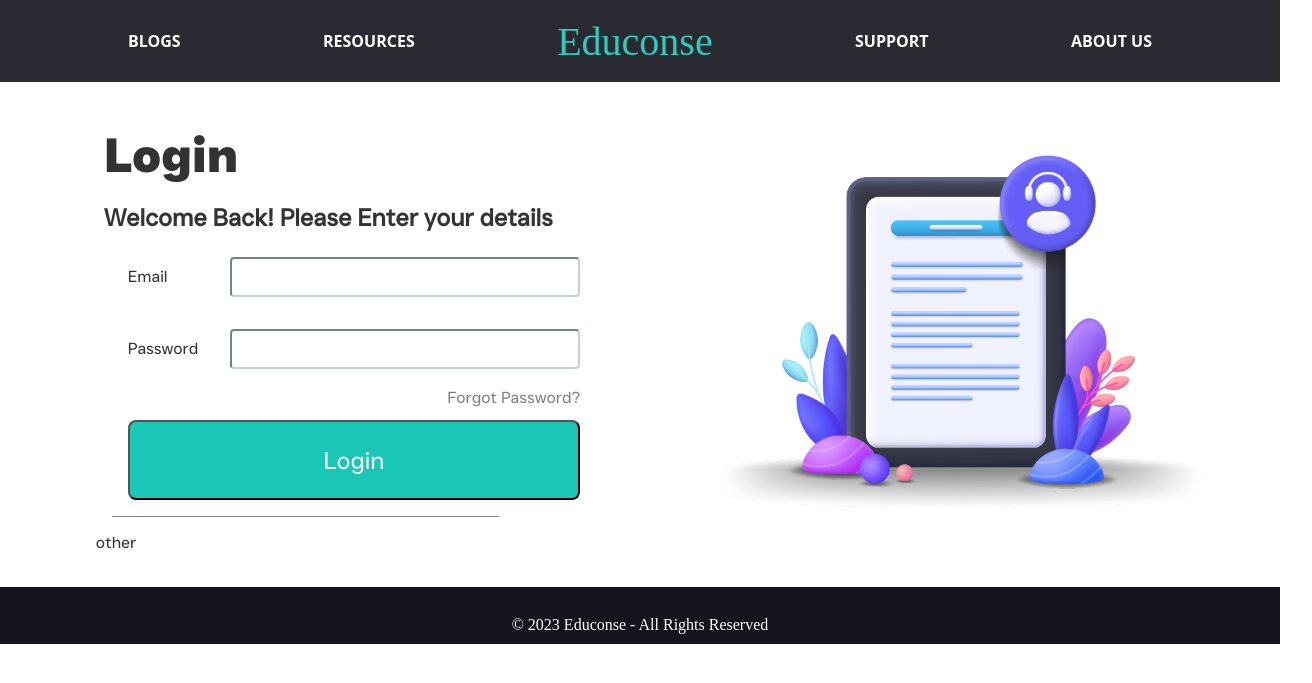
Repository: devajay07/educonse
Page: pages/login.html
The author's editor kept a copy of each file at every save. The page is drawn from the files as they stood at one save, then again after a run of saves.
The browser window is 1280 px wide. The page is 1312 px wide, so the pictures cover 1312 px, including what lies to the right of the window. The pictures show the whole page.

Above is the page before, as saved 2023-10-15 02:55:22.

### pages/login.html
<!DOCTYPE html>
<html lang="en">

<head>
  <meta charset="UTF-8" />
  <meta name="viewport" content="width=device-width, initial-scale=1.0" />
  <title>Document</title>

  <script src="https://code.jquery.com/jquery-3.7.0.js"></script>
  <link rel="stylesheet" href="/css/header.css" />
  <link rel="stylesheet" href="/css/login.css" />
</head>

<body>
  <header id="header"></header>
  <main>
    <div class="login-panel">
      <div class="left-section">
        <div class="top">
          <h1 class="heading">Login</h1>
          <h2 class="sub-heading">Welcome Back! Please Enter your details</h2>
        </div>
        <div class="input-form" id="input-form">
          <div class="email">
            <label for="email-input">Email</label>
            <input type="email" name="email-input" id="email-input" />
          </div>
          <div class="password">
            <label for="password-input">Password</label>
            <input type="password" id="password-input">
          </div>
          <div class="forgot">
            <a href="#">Forgot Password?</a>
          </div>
          <input type="button" value="Login" id="submit">
        </div>
        <div class="other">
          <div class="line"></div>
          <p>other</p>
        </div>
      </div>
      <div class="right-section">

        <img src="/images/login1.png" alt="Login Image" id="login-img">
      </div>
    </div>
  </main>
  <footer>
    <div class="footer-2">&copy; 2023 Educonse - All Rights Reserved</div>
  </footer>
  <script>
    $(document).ready(function () {
      $("#header").load("/pages/header.html");
    });
  </script>
</body>

</html>

### css/header.css
@import url("https://cdnjs.cloudflare.com/ajax/libs/font-awesome/6.4.2/css/all.min.css");
* {
  padding: 0;
  margin: 0;
  box-sizing: border-box;
}
@font-face {
  font-family: "brand-bold";
  src: url("/fonts/brand-bold.otf") format("opentype");
  font-weight: normal;
  font-style: normal;
}
@font-face {
  font-family: "brand-reg";
  src: url("/fonts/brand-regular.otf") format("opentype");
  font-weight: normal;
  font-style: normal;
}

:root {
  --brand-color: hsla(291, 60%, 34%, 1);
  --hookers-green: hsla(174, 17%, 46%, 1);
  --white: hsla(0, 0%, 100%, 1);
  --poppy: hsla(356, 74%, 52%, 1);
  --black: hsla(60, 1%, 14%, 1);
  --beige: #f5f5dc;

  --brand-bold: "brand-bold", sans-serif;
  --brand-reg: "brand-reg", sans-serif;
  --universal-margin: 1rem 8rem;
  --section-margin: 1rem;
  --footer-bg: rgb(20, 21, 28);
}

body {
  background-color: white;
  color: #333; /* A light version of black */
}

.nav-container {
  display: flex;
  align-items: center;
  justify-content: space-between;
  width: 100%;
  margin: var(--universal-margin);
  height: 50px;
}
.nav-container .nav-item {
  font-family: system-ui, -apple-system, BlinkMacSystemFont, "Segoe UI", Roboto,
    Oxygen, Ubuntu, Cantarell, "Open Sans", "Helvetica Neue", sans-serif;
  color: var(--white);
  font-weight: bolder;
}

nav {
  display: flex;
  justify-content: space-between;
  align-items: center;
  background-color: var(--footer-bg);
  opacity: 0.9;
  color: white;
}

nav .brand {
  font-size: 40px;
  color: var(--brand-color);
  font-family: var(--brand-font);
}

nav a {
  text-decoration: none;
  color: white;
}

footer {
  display: flex;
  flex-direction: column;
}
.footer-1 {
  display: flex;
  justify-content: space-evenly;
}
.footer-1 .customer-service > div {
  padding: 0.2rem;
}
.footer-1 h1 {
  font-size: 1.2rem;
  font-family: var(--brand-font);
  margin-bottom: 0.5rem;
}
.footer-1 p {
  font-size: 0.8rem;
  opacity: 0.6;
  color: #f0e8e8;
  padding: 0.3rem;
  font-family: var(--brand-reg);
}
.footer-1 .heading{
  padding-bottom: 1rem;
  font-family: var(--brand-bold);
}


.footer-1 span {
  font-size: 0.8rem;
  margin: 0.4rem;
}

.footer-1 a {
  color: #f0f0ea;
  text-decoration: none;
}
.footer-1 .reach-us {
  display: flex;
  align-items: center;
  flex-direction: column;
}

.reach-us iframe{
  border-radius: 8px;
}

.footer-2{
  padding-top: 1.2rem;
}

.text {
  color: white;
  font-size: 20px;
  position: absolute;
  top: 50%;
  left: 50%;
  transform: translate(-50%, -50%);
  -ms-transform: translate(-50%, -50%);
  white-space: nowrap;
}

@charset "UTF-8";

.svg-inline--fa {
  vertical-align: -0.2em;
}

.rounded-social-buttons {
  text-align: center;
}

.rounded-social-buttons .social-button {
  display: inline-block;
  position: relative;
  cursor: pointer;
  width: 3.125rem;
  height: 3.125rem;
  border: 0.125rem solid transparent;
  padding: 0;
  text-decoration: none;
  text-align: center;
  color: #fefefe;
  font-size: 1.5625rem;
  font-weight: normal;
  line-height: 2em;
  border-radius: 1.6875rem;
  transition: all 0.5s ease;
  margin-right: 0.25rem;
  margin-bottom: 0.25rem;
}

.rounded-social-buttons .social-button:hover,
.rounded-social-buttons .social-button:focus {
  -webkit-transform: rotate(360deg);
  -ms-transform: rotate(360deg);
  transform: rotate(360deg);
}

.rounded-social-buttons .fa-twitter,
.fa-facebook-f,
.fa-linkedin,
.fa-youtube,
.fa-instagram {
  font-size: 25px;
}

.rounded-social-buttons .social-button.facebook {
  background: #3b5998;
}

.rounded-social-buttons .social-button.facebook:hover,
.rounded-social-buttons .social-button.facebook:focus {
  color: #3b5998;
  background: #fefefe;
  border-color: #3b5998;
}

.rounded-social-buttons .social-button.twitter {
  background: #55acee;
}

.rounded-social-buttons .social-button.twitter:hover,
.rounded-social-buttons .social-button.twitter:focus {
  color: #55acee;
  background: #fefefe;
  border-color: #55acee;
}

.rounded-social-buttons .social-button.linkedin {
  background: #007bb5;
}

.rounded-social-buttons .social-button.linkedin:hover,
.rounded-social-buttons .social-button.linkedin:focus {
  color: #007bb5;
  background: #fefefe;
  border-color: #007bb5;
}

.rounded-social-buttons .social-button.youtube {
  background: #bb0000;
}

.rounded-social-buttons .social-button.youtube:hover,
.rounded-social-buttons .social-button.youtube:focus {
  color: #bb0000;
  background: #fefefe;
  border-color: #bb0000;
}

.rounded-social-buttons .social-button.instagram {
  background: #125688;
}

.rounded-social-buttons .social-button.instagram:hover,
.rounded-social-buttons .social-button.instagram:focus {
  color: #125688;
  background: #fefefe;
  border-color: #125688;
}

footer {
  background-color: var(--footer-bg);
  color: white;
  text-align: center;
  padding: 10px 0;
}

### css/login.css
@import url("/css/global.css");
main .login-panel{
  display: flex;
  justify-content: center;
  background-color: var(--white);
  font-family: var(--brand-reg);
}

.left-section{
  width: 800px;
  display: flex;
  flex-direction: column;
  justify-content: center;
  font-family: var(--brand-reg );
  padding: 2rem;
  padding-left: 8rem;
}

.input-form{
  display: flex;
  flex-direction: column;
  font-family: var(--brand-reg);
  padding-left: 2rem;

}
.input>div{
  font-size: 1.3rem;
  margin:0.5rem;
}
label{
  padding-right: 1rem;
}

input[type=password],input[type=email]{
  float: right;
  font-family: var(--brand-reg);
  width:350px;
  height: 40px;
  border-radius:4px;
  margin: 1rem;
  border-color: rgb(195, 208, 219);
  margin-right:0;
  text-align: center;
}
input[type=password]:focus,input[type=email]:focus
{
  background-color:rgb(127, 157, 184);
}

input[type=password]{
  font-size: xx-large;
}
#submit{
  height:80px;
  background-color:var(--brand-color);
  color:var(--white);
  font-family: var(--brand-reg);
  font-size: 1.5rem;
  border-radius:8px;

}
.heading{
  font-family: var(--brand-bold);
  font-size: 3rem;
  padding: 0.5rem;
}

.sub-heading{
  font-family: var(--brand-reg);
  font-size: 1.5rem;
  padding: 0.5rem;

}

.email,.password{
  width: 100%;
  display: flex;
  justify-content: space-between;
  align-items:center;
}

.forgot a{
  text-decoration: none;
  color:grey;
  float: right;
  margin: 0.2rem 0 0.8rem ;
}


.line{
  height:1px;
  width:80%;
  background-color:gray;
  margin:1rem;
}


#login-img{
  width: 700px;
  height:500px;
  object-fit: contain;
}

### css/global.css
@import url("https://cdnjs.cloudflare.com/ajax/libs/font-awesome/6.4.2/css/all.min.css");
* {
  padding: 0;
  margin: 0;
  box-sizing: border-box;
}
@font-face {
  font-family: "brand-bold";
  src: url("/fonts/brand-bold.otf") format("opentype");
  font-weight: normal;
  font-style: normal;
}
@font-face {
  font-family: "brand-reg";
  src: url("/fonts/brand-regular.otf") format("opentype");
  font-weight: normal;
  font-style: normal;
}

:root {
  --brand-color: rgb(26, 198, 181);
  --hookers-green: hsla(174, 17%, 46%, 1);
  --white: hsla(0, 0%, 100%, 1);
  --poppy: hsla(356, 74%, 52%, 1);
  --black: hsla(60, 1%, 14%, 1);
  --beige: #f5f5dc;

  --brand-bold: "brand-bold", sans-serif;
  --brand-reg: "brand-reg", sans-serif;
  --universal-margin: 1rem 8rem;
  --section-margin: 1rem;
  --footer-bg: rgb(20, 21, 28);
}

### pages/header.html
<nav>
  <div class="nav-container">
    <div class="nav-item">BLOGS</div>
    <div class="nav-item">RESOURCES</div>
    <div class="brand">Educonse</div>
    <div class="nav-item">SUPPORT</div>
    <div class="nav-item">ABOUT US</div>
  </div>
</nav>

After the next 2 saves:
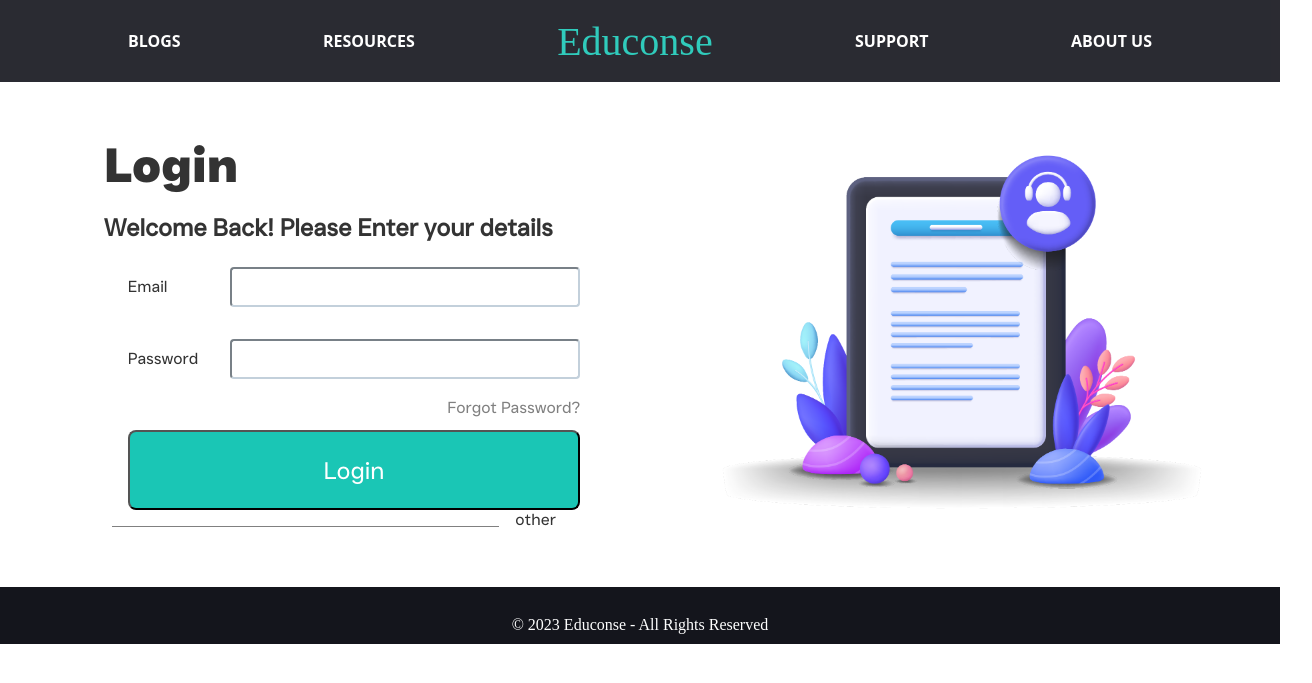
The 2 saves are shown as one change because they came seconds apart.
The last was saved 13 s later.
--- a/css/login.css
+++ b/css/login.css
@@ -86,7 +86,9 @@ input[type=password]{
   margin: 0.2rem 0 0.8rem ;
 }
 
-
+.other{
+  display: flex;
+}
 .line{
   height:1px;
   width:80%;
